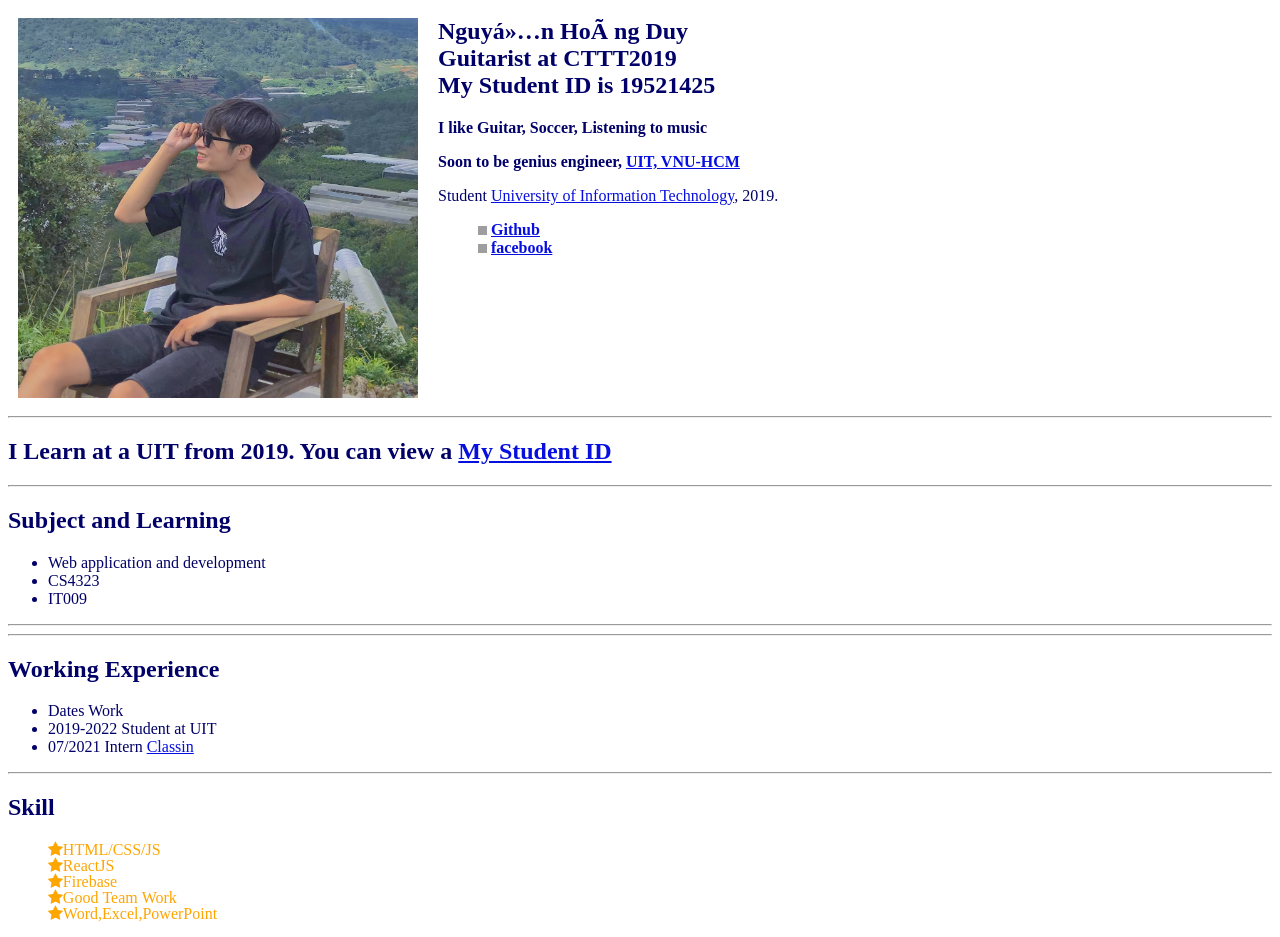
Repository: HoangDuy315/web-dev2022
Page: ex2.html
An editor plug-in stored every save of this project. The page is shown before and after the next save, followed by the edit.
The browser window is 1280 px wide. The pictures show the whole page.
Pictures or frames that could not be fetched are drawn as grey boxes.

Above is the page before, as saved 2022-09-22 15:16:23.

### ex2.html
<html>
    <head>
        <title>GnahYuD</title>
        <link rel="SHORTCUT ICON" href="images/cormen-tiny.jpg">
        <script charset="utf-8" src="https://platform.twitter.com/js/button.c6c95b9789db97ea1e9742d215fff751.js"></script>
        <link rel="stylesheet" href="ex2.css">
        <link rel="stylesheet" href="https://cdnjs.cloudflare.com/ajax/libs/font-awesome/4.7.0/css/font-awesome.min.css">
    </head>
<body text="#000068" link="#060FDF" vlink="#060FDF" alink="#DC24C5">

<!-- <TABLE CELLPADDING="10" CELLSPACING="0" WIDTH="475"> -->
<table cellpadding="10" cellspacing="0">
<tbody><tr valign="TOP">

<td valign="TOP" width="151">

<img class="duy" src="./123.JPG"><p>

</p></td>

<td valign="TOP">

<h2>Nguyễn Hoàng Duy<br>
Guitarist at CTTT2019<br>
My Student ID is 19521425
</h2>

<p>
<strong>I like  Guitar, Soccer, Listening to music</strong>
</p>

<p><strong>Soon to be genius engineer,
<a href="https://www.uit.edu.vn/">UIT, <a href="https://vnuhcm.edu.vn/">VNU-HCM</a></a>
</strong> </p>

<p>

Student <a href="https://www.uit.edu.vn/">University of Information Technology</a>, 2019.</p><p>

</p><dd>
<b>
<img src="images/yellowsq.gif" alt="*" width="9" height="9">
  <a href="https://github.com/HoangDuy315">Github</a><br>
<img src="images/yellowsq.gif" alt="*" width="9" height="9">
     <a href="https://www.facebook.com/profile.php?id=100007746304417">facebook</a>
</b>


</dd></td>
</tr>
</tbody></table>




<hr class="yud">
    <h2>I Learn at a UIT from 2019.  You can view a <a href="https://student.uit.edu.vn/">My Student ID</a></h2>
</hr>

<hr>
    <h2>Subject and Learning</h2>
    <ul>
        <li>Web application and development</li>
        <li>CS4323</li>
        <li>IT009</li>
    </ul>

<hr>

<hr>
    <h2>Working Experience</h2>
    <ul>
        <li>Dates Work</li>
        <li>2019-2022 Student at UIT</li>
        <li>07/2021 Intern  <a href="https://www.classin.com/">Classin</a></li>
    </ul>
</hr>

<hr>
    <h2>Skill</h2>
    <ul>
        <li class="fa fa-star checked">HTML/CSS/JS</li><br>
        <li class="fa fa-star checked">ReactJS</li><br>
        <li class="fa fa-star checked">Firebase</li><br>
        <li class="fa fa-star checked">Good Team Work</li><br>
        <li class="fa fa-star checked">Word,Excel,PowerPoint</li>
    </ul>
</hr>

</script>

</body></html>

### ex2.css


.duy {
    color: blue;
    height: 380px;
    width: 400px;
}

.checked {
    color: orange;
}

.yud {
    text-align: center;
}

After the next save:
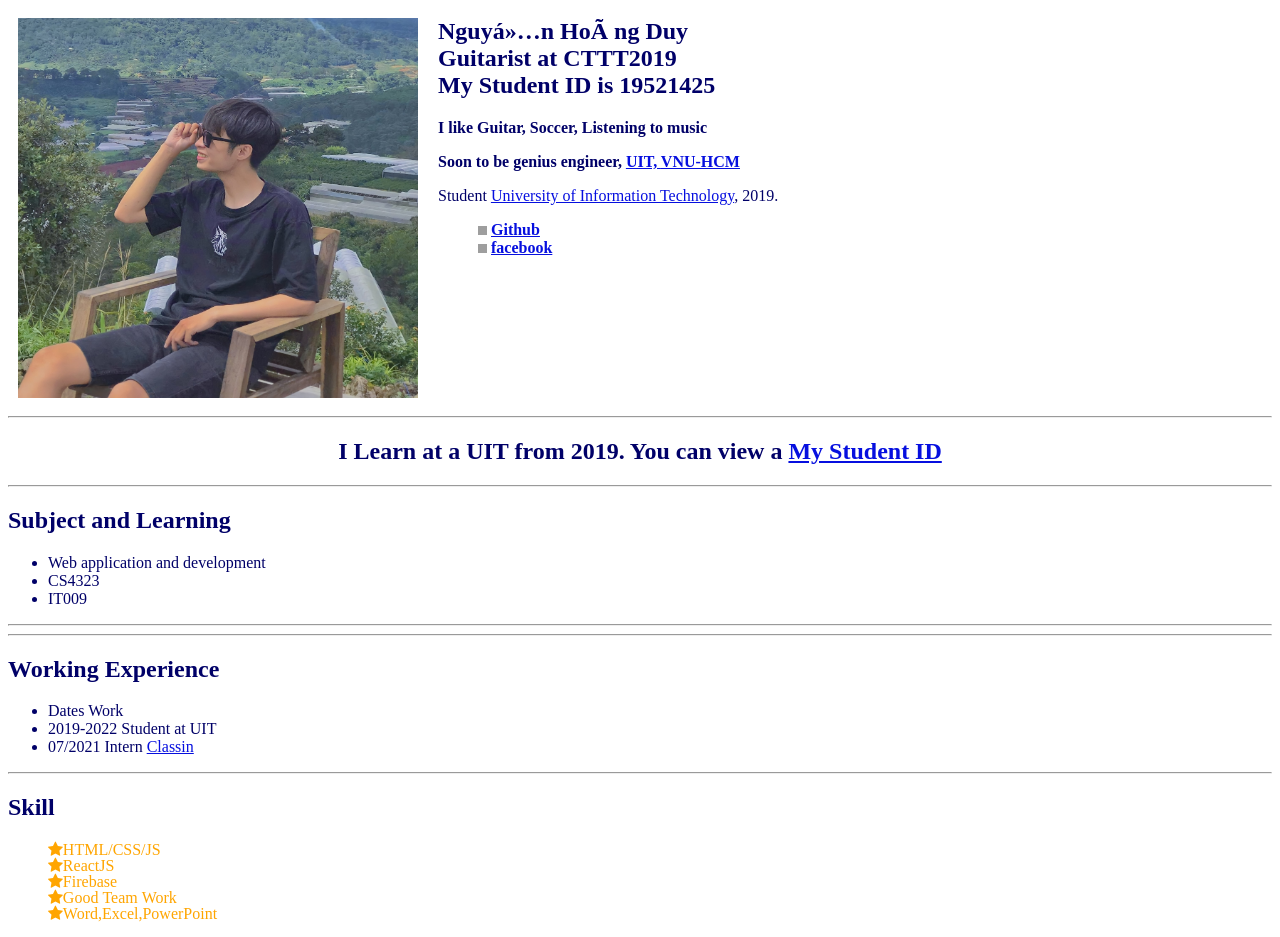
Saved 12 s later.
--- a/ex2.html
+++ b/ex2.html
@@ -53,8 +53,8 @@ Student <a href="https://www.uit.edu.vn/">University of Information Technology</
 
 
 
-<hr class="yud">
-    <h2>I Learn at a UIT from 2019.  You can view a <a href="https://student.uit.edu.vn/">My Student ID</a></h2>
+<hr >
+    <h2 class="yud">I Learn at a UIT from 2019.  You can view a <a href="https://student.uit.edu.vn/">My Student ID</a></h2>
 </hr>
 
 <hr>
